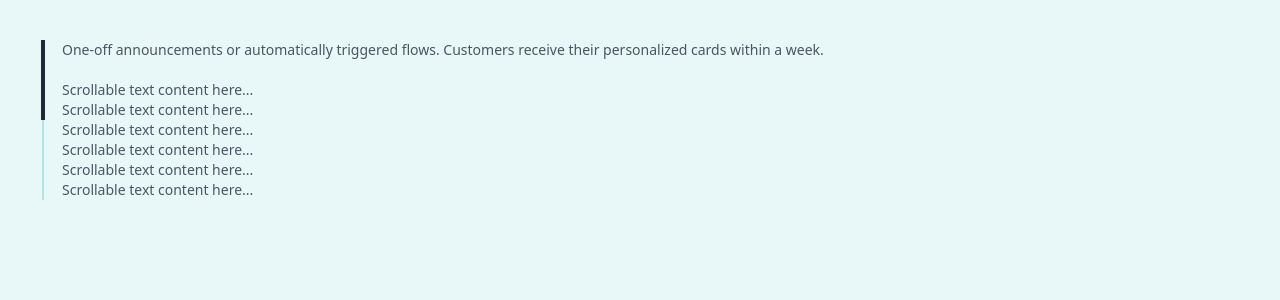
Repository: trusha97/postpilot
Page: scroll.html
An editor plug-in stored every save of this project. The page is shown before and after the next save, followed by the edit.
The browser window is 1280 px wide. The pictures show the whole page.
Some web libraries are served in a nearby version.

Above is the page before, as saved 2025-05-19 10:15:54.

After the next save:
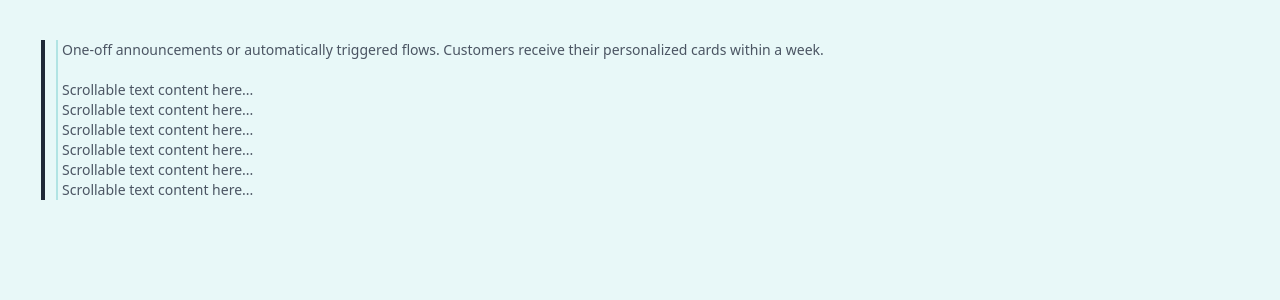
Saved 114 s later.
--- a/scroll.html
+++ b/scroll.html
@@ -19,12 +19,11 @@
 
   <div class="flex space-x-4 h-40">
     <!-- Scrollable container for both line and text -->
-    <div class="overflow-y-auto h-full flex space-x-4 custom-scroll w-full">
+    <div class="flex overflow-y-auto h-full custom-scroll w-full space-x-4 relative">
 
       <!-- Left scrollable line -->
       <div class="flex flex-col items-center min-w-[6px]">
-        <div class="w-1 h-32 bg-gray-800"></div>
-        <div class="w-0.5 h-32 bg-[#b2e4e4]"></div>
+        <div class="w-1 h-full bg-gray-800"></div>
       </div>
 
       <!-- Scrollable text -->
@@ -40,6 +39,9 @@
         Scrollable text content here... <br />
       </div>
 
+      <!-- Light blue static line (outside of scroll area) -->
+      <div class="absolute left-0 top-0 w-0.5 h-full bg-[#b2e4e4] z-[-1]"></div>
+
     </div>
   </div>
 

After the save that followed:
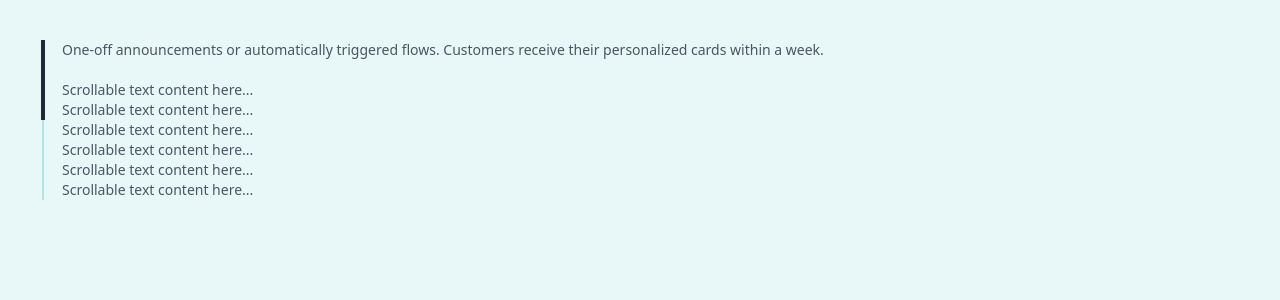
Saved 15 s later.
--- a/scroll.html
+++ b/scroll.html
@@ -19,11 +19,12 @@
 
   <div class="flex space-x-4 h-40">
     <!-- Scrollable container for both line and text -->
-    <div class="flex overflow-y-auto h-full custom-scroll w-full space-x-4 relative">
+    <div class="overflow-y-auto h-full flex space-x-4 custom-scroll w-full">
 
       <!-- Left scrollable line -->
       <div class="flex flex-col items-center min-w-[6px]">
-        <div class="w-1 h-full bg-gray-800"></div>
+        <div class="w-1 h-32 bg-gray-800"></div>
+        <div class="w-0.5 h-32 bg-[#b2e4e4]"></div>
       </div>
 
       <!-- Scrollable text -->
@@ -39,9 +40,6 @@
         Scrollable text content here... <br />
       </div>
 
-      <!-- Light blue static line (outside of scroll area) -->
-      <div class="absolute left-0 top-0 w-0.5 h-full bg-[#b2e4e4] z-[-1]"></div>
-
     </div>
   </div>
 
